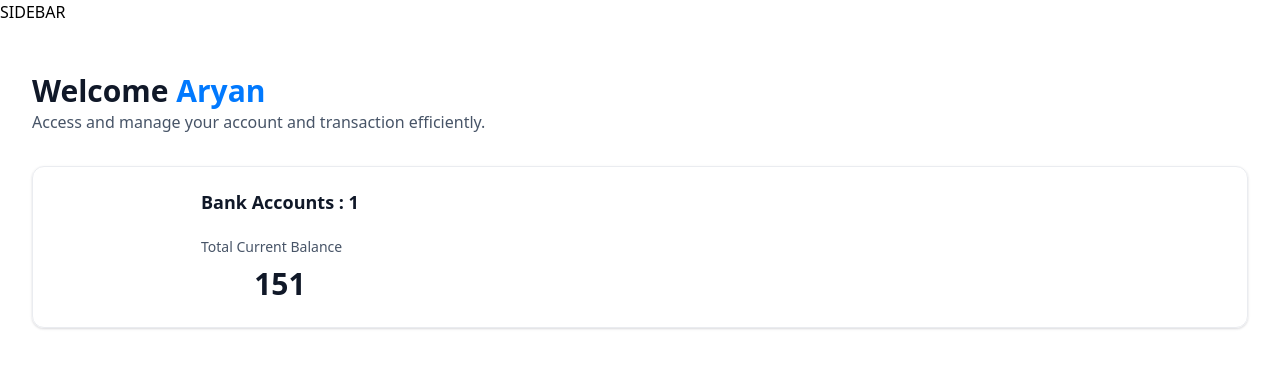
Repository: Strong02coder/banking_app
Page: /
An editor plug-in stored every save of this project. The page is shown before and after the next save, followed by the edit.
The browser window is 1280 px wide. The pictures show the whole page.
The project was rebuilt for these pictures with package versions that can differ from the ones it lists, and the page was loaded fresh each time. The framework's server and built-in components were replaced by stand-ins that run in the browser. Also part of the build but not shown: next.config.mjs.

Above is the page before, as saved 2024-09-18 20:46:40.

### app/layout.tsx
import type { Metadata } from "next";
import localFont from "next/font/local";
import "./globals.css";

const geistSans = localFont({
  src: "./fonts/GeistVF.woff",
  variable: "--font-geist-sans",
  weight: "100 900",
});
const geistMono = localFont({
  src: "./fonts/GeistMonoVF.woff",
  variable: "--font-geist-mono",
  weight: "100 900",
});

export const metadata: Metadata = {
  title: "Horizon",
  description: "Horizon is a modern banking platform for everyone.",
	icons: {
		icon: '/icons/logo.svg'
	}
};

export default function RootLayout({
  children,
}: Readonly<{
  children: React.ReactNode;
}>) {
  return (
    <html lang="en">
      <body className={`${geistSans.variable} ${geistMono.variable}antialiased`}>{children}</body>
    </html>
  );
}

### app/(root)/layout.tsx
export default function RootLayout({
  children,
}: Readonly<{
  children: React.ReactNode;
}>) {
  return (
    <main>
			SIDEBAR
			{children}
		</main>
  );
}

### app/(root)/page.tsx
import HeaderBox from '@/components/Headerbox'
import TotalBalanceBox from '@/components/TotalBalanceBox'

const Home = () => {
	const loggedIn = {firstName : 'Aryan'}
	return (
		<section className="home">
			<div className="home-content">
				<header className="home-header">
					<HeaderBox
					  type = "greeting"
						title = "Welcome"
						user = {loggedIn?.firstName || 'Guest'}
						subtext = "Access and manage your account and transaction efficiently."
					/>
					<TotalBalanceBox
					  accounts = {[]}
						totalBanks = {1}
						totalCurrentBalance = {150.55}
					/>
				</header>
			</div>
		</section>
	)
}

export default Home

### components/Headerbox.tsx
const Headerbox = ({type = "title", title, subtext, user}: HeaderBoxProps) => {
	return (
		<div className="header-box">
			<h1 className="header-box-title">
				{title}
				{type === 'greeting' && (
					<span className="text-bankGradient">
						&nbsp;{user}
					</span>
				)}
				<p className="header-box-subtext">{subtext}</p>

			</h1>
		</div>
	)
}

export default Headerbox

### components/TotalBalanceBox.tsx
import AnimatedCounter from './AnimatedCounter'

const TotalBalanceBox = ({accounts = [], totalBanks, totalCurrentBalance}: TotlaBalanceBoxProps) => {
	return (
		<section className="total-balance">
			<div className="total-balance-chart">
				{/* DonughnutChart */}
			</div>
			<div className="flex flex-col gap-6">
				<h2 className="header-2">
					Bank Accounts : {totalBanks}
				</h2>
				<div className="flex flex-col gap-2">
					<p className="total-balance-label">
						Total Current Balance
					</p>
					<p className="total-balance-amount flex-center gap-2">
						<AnimatedCounter amount={totalCurrentBalance}/>
					</p>
				</div>
			</div>
		</section>
	)
}

export default TotalBalanceBox

### components/AnimatedCounter.tsx
'use client';

import CountUp from "react-countup";

const AnimatedCounter = ({amount}:{amount:number}) => {
	return (
		<div>
			<CountUp end={amount} />
		</div>
	)
}

export default AnimatedCounter

Loaded but not shown: app/globals.css (common file); tailwind.config.ts (common file)

After the next save:
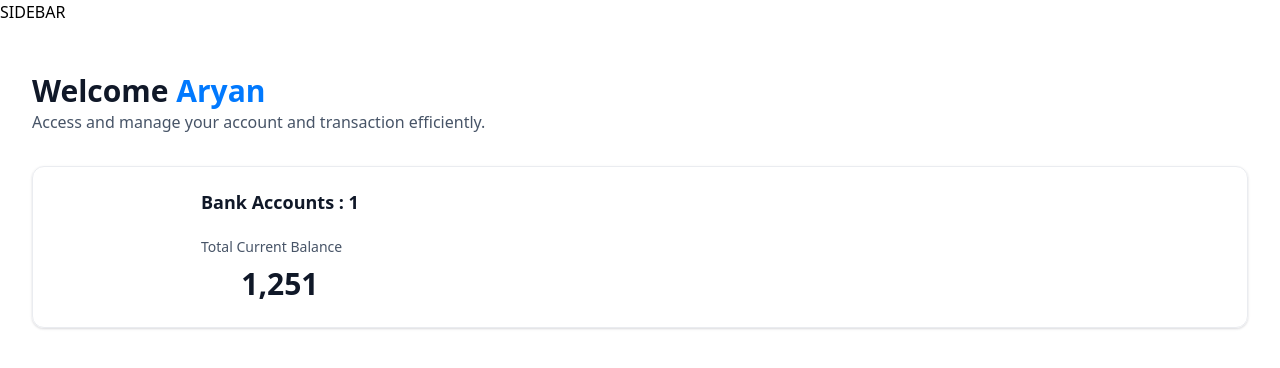
Saved 3 min 56 s later.
--- a/app/(root)/page.tsx
+++ b/app/(root)/page.tsx
@@ -16,7 +16,7 @@ const Home = () => {
 					<TotalBalanceBox
 					  accounts = {[]}
 						totalBanks = {1}
-						totalCurrentBalance = {150.55}
+						totalCurrentBalance = {1250.55}
 					/>
 				</header>
 			</div>
